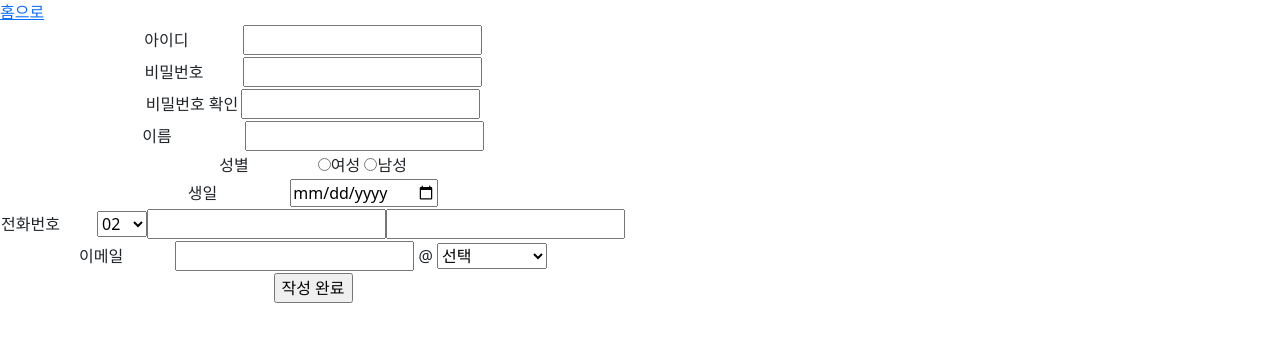
Repository: kokoko12334/myvocab-toy
Page: http://localhost/myVocabularyList/joinForm.jsp
These files come from the project's save history. The page is drawn as it stood at one moment and after the next save; the edit follows.
The browser window is 1280 px wide. The pictures show the whole page.
The page is served by Tomcat 9. Other server files are loaded and not shown.

Above is the page before, as saved 2023-04-08 04:45:36.

### myVocabularyList/src/main/webapp/joinForm.jsp
<%@ page language="java" contentType="text/html; charset=UTF-8"
    pageEncoding="UTF-8"%>
<!DOCTYPE html>
<html>
<head>
<meta charset="UTF-8">
<title>회원가입</title>
<link href="https://cdn.jsdelivr.net/npm/bootstrap@5.2.3/dist/css/bootstrap.min.css" rel="stylesheet" integrity="sha384-rbsA2VBKQhggwzxH7pPCaAqO46MgnOM80zW1RWuH61DGLwZJEdK2Kadq2F9CUG65" crossorigin="anonymous">

</head>

<body>

	<a href = "home.jsp">홈으로</a>
	<div class="col text-center">
	<form action = "/join" method = "post" >
        <table >
            <tr>
                <td>아이디 <input type = "text" name = "id"   style="margin-left:50px"></td>
            </tr>
            <tr>
                <td>비밀번호 <input type = "password" name = "pwd" style="margin-left:35px"></td>
            </tr>
            <tr>
                <td>비밀번호 확인<input type = "password" name = "pwd_check" style="margin-left:3px"></td>
            </tr>
            <tr>
                <td>이름<input type = "text" name = "name" style="margin-left:73px"></td>
            </tr>
            <tr>
                <td>성별 <input style="margin-left:65px" type="radio" name="gender" value="여자">여성
                <input type="radio" name="gender" value="남자">남성 </td>
            </tr>
            <tr>
                <td>생일<input type = "date" name = "birthday" style="margin-left:73px"></td>
            </tr>
            <tr>
                <td>전화번호
                    <select name = "phone1" style="margin-left:33px">
                    <option value = "02">02</option>
                    <option value = "011">011</option>
                    <option value = "010">010</option>
                    </select><input type = 'tel' name = 'phone2'><input type = 'tel' name = 'phone3'></td>
            </tr>
            <tr>
                <td>이메일 <input type = "text" name = "email" style="margin-left:48px"> @
                    <select name = "dotcom">
                        <option value = "0">선택</option>
                        <option value = "naver.com">naver.com</option>
                        <option value = "daum.net">daum.net</option>
                        <option value = "gamail.com">gamail.com</option>
                    </select>
                </td>
            </tr>

            <tr>
                <td><input type = "submit" value = "작성 완료"></td>
            </tr>
        </table>
    </form>

</div>
</body>

</html>

After the next save:
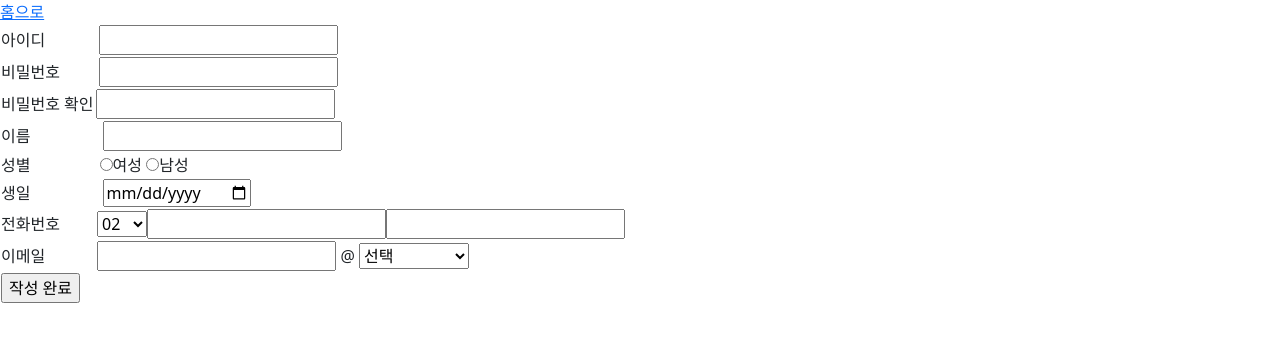
Saved 19 s later.
--- a/myVocabularyList/src/main/webapp/joinForm.jsp
+++ b/myVocabularyList/src/main/webapp/joinForm.jsp
@@ -12,7 +12,7 @@
 <body>
 
 	<a href = "home.jsp">홈으로</a>
-	<div class="col text-center">
+
 	<form action = "/join" method = "post" >
         <table >
             <tr>
